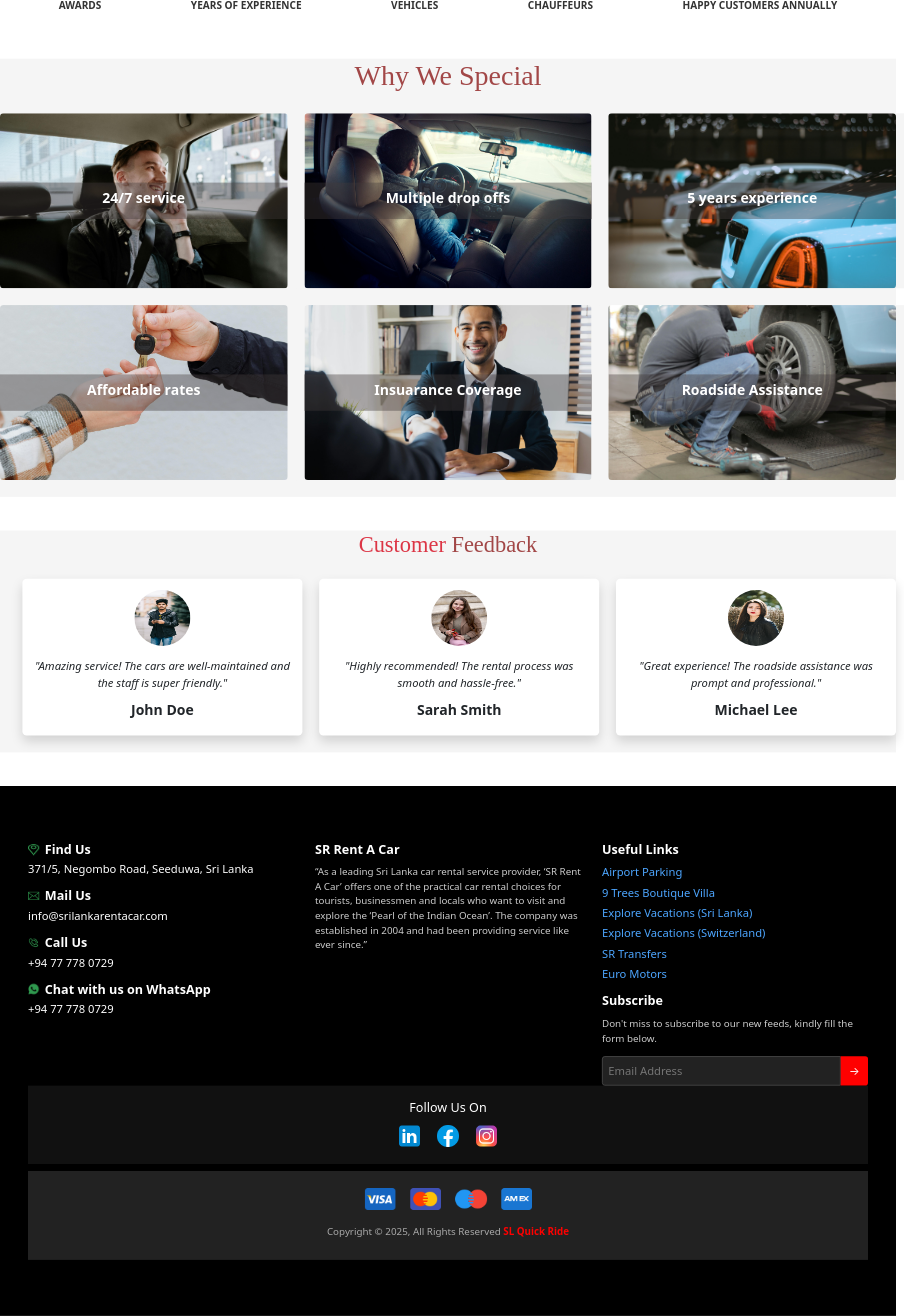
Repository: saubgayavishwanthi/Car-Renatal-Website
Page: / (app in frontend/)
These files come from the project's save history. The page is drawn as it stood at one moment and after the next save; the edit follows.
The browser window is 1280 px wide. The page is 1292 px wide, so the pictures cover 1292 px, including what lies to the right of the window. The pictures show the part of the page from y = 1847 to 3727 px (the page is 3727 px tall), at 70% of full size.
The project was rebuilt for these pictures with package versions that can differ from the ones it lists, and the page was loaded fresh each time. Also part of the build but not shown: frontend/src/css/Contact.css, frontend/src/components/Contact.js.

Above is the page before, as saved 2025-03-07 17:28:43.

After the next save:
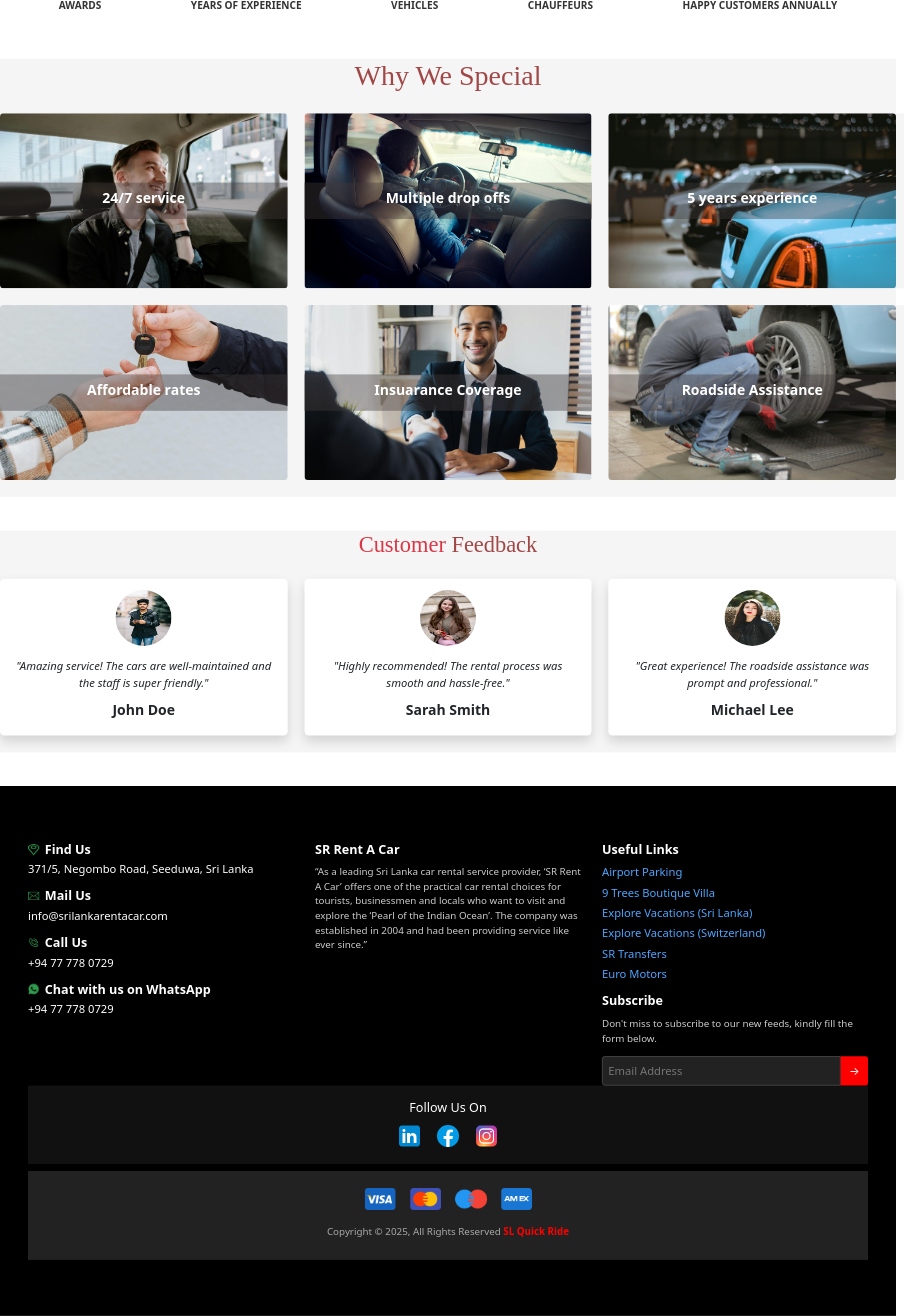
Saved 25 s later.
--- a/frontend/src/components/Home.js
+++ b/frontend/src/components/Home.js
@@ -176,7 +176,7 @@ function Home() {
   <h2 className="home-heading">
     <span className="text-danger">Customer</span> Feedback
   </h2>
-  <div className="row" style={{marginLeft:"20px"}}>
+  <div className="row">
     {testimonials.map((testimonial, index) => (
       <div key={index} className="col-md-6 col-lg-4 mb-4 home-feedback">
         <div className="card p-3 shadow border-0 text-center">
